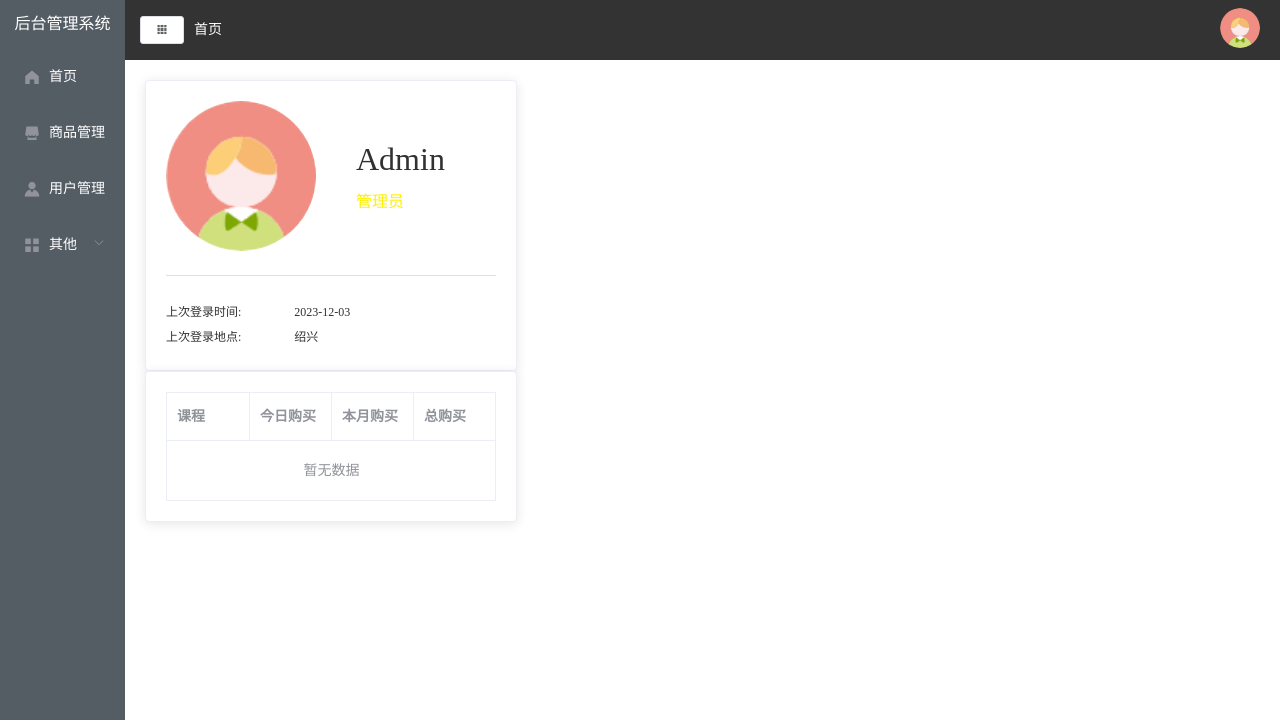
Repository: tkqi/manage
Page: /
The author's editor kept a copy of each file at every save. The page is drawn from the files as they stood at one save, then again after the next save.
The browser window is 1280 px wide. The pictures show the whole page.
The project was rebuilt for these pictures with package versions that can differ from the ones it lists, and the page was loaded fresh each time. Also part of the build but not shown: vue.config.js.

Above is the page before, as saved 2023-12-03 16:29:26.

### src/main.js
import Vue from 'vue'
import App from './App.vue'
import router from './router'
import store from './store'
import ElementUI from 'element-ui';
import 'element-ui/lib/theme-chalk/index.css';

Vue.config.productionTip = false
Vue.use(ElementUI);

new Vue({
  router,
  store,
  render: h => h(App)
}).$mount('#app')

### src/App.vue
<template>
  <div id="app">
    <!-- 路由出口 -->
    <router-view />
  </div>
</template>

<script>
export default {
  name: 'App'
}
</script>

<style lang="less">
html,
body,
h3,
p {
  margin: 0;
  padding: 0;
}
</style>

### src/router/index.js
import Vue from 'vue'
import VueRouter from 'vue-router'
import routes from './routes'
Vue.use(VueRouter)


const router = new VueRouter({
  routes: routes
})

// 暴露router实例
export default router

### src/store/index.js
import Vue from 'vue'
import Vuex from 'vuex'
import tab from './tab.js'

Vue.use(Vuex)

const store = new Vuex.Store({
  state: {

  },
  getters: {
  },
  mutations: {
  },
  actions: {
  },
  modules: {
    tab
  }
})

export default store;

### src/router/routes.js
export default [
    // 主路由
    {
        path: '/',
        component: () => import('../views/Main.vue'),
        redirect: '/home',// 重定向
        // 子路由
        children: [
            {
                // 首页
                path: '/home',
                // 路由组件懒加载
                component: () => import('../views/Home.vue')
            },
            {
                // 用户管理
                path: '/user',
                component: () => import('../views/User.vue')
            },
            {
                // 商品管理
                path: '/mall',
                component: () => import('../views/Mall.vue')
            },
            {
                // 其他/页面1
                path: '/page1',
                component: () => import('../views/Page1.vue')
            },
            {
                // 其他/页面2
                path: '/page2',
                component: () => import('../views/Page2.vue')
            },
        ]
    },
    {
        path: '/home',
        // 路由组件懒加载
        component: () => import('../views/Home.vue')
    },
    {
        path: '/user',
        component: () => import('../views/User.vue')
    }
]

### src/store/tab.js
// 菜单相关数据
export default {
    state: {
        isCollapse: false
    },
    getters: {
        getisCollapse: (state) => state.isCollapse
    },
    mutations: {
        EDITIsCollapse(state){
            state.isCollapse = !state.isCollapse;
        }
    }
}

### src/views/Main.vue
<!-- eslint-disable vue/multi-word-component-names -->
<template>
    <div>
        <el-container>
            <el-aside width="auto">
                <sidebar />
            </el-aside>
            <el-container>
                <el-header>
                    <topbar />
                </el-header>
                <el-main>
                    <transition>
                        <router-view />
                    </transition>
                </el-main>
            </el-container>
        </el-container>
    </div>
</template>

<script>
import sidebar from '../components/sidebar.vue'
import topbar from '../components/topbar.vue';
export default {
    components: {
        sidebar,
        topbar
    }
}
</script>

<style lang="less" scoped>
.el-header {
    padding: 0;
    margin: 0;
}
</style>

### src/views/Home.vue
<!-- eslint-disable vue/multi-word-component-names -->
<template>
    <el-row>
        <el-col :span="8">
            <div>
                <el-card class="box-card">
                    <div class="user">
                        <img class="img" src="../assets/img/user-default.png" alt="">
                        <div class="user-info">
                            <P class="name">Admin</P>
                            <p class="access">管理员</p>
                        </div>
                    </div>
                    <el-divider></el-divider>
                    <div class="login-info">
                        <p>上次登录时间: <span>2023-12-03</span></p>
                        <p>上次登录地点: <span>绍兴</span></p>
                    </div>
                </el-card>
                <el-card>
                    <el-table :data="tableData" border style="width: 100%">
                        <el-table-column prop="course" label="课程" min-width="30" :width="auto">
                        </el-table-column>
                        <el-table-column prop="buytoday" label="今日购买" min-width="30" :width="auto">
                        </el-table-column>
                        <el-table-column prop="buythemonth" label="本月购买" min-width="30" :width="auto">
                        </el-table-column>
                        <el-table-column prop="buyall" label="总购买" min-width="30" :width="auto">
                        </el-table-column>
                    </el-table>
                </el-card>
            </div>
        </el-col>
        <el-col :span="16">
            <div class="grid-content bg-purple-light"></div>
        </el-col>
    </el-row>
</template>

<script>
export default {
    data() {
        return {

        }
    }
}
</script>
<style lang="less" scoped>
.user {
    display: flex;
    align-items: center;
    padding-right: 0px;

    .user-info {
        .name {
            font-size: 32px;
            margin-bottom: 10px;
        }

        .access {
            color: #fff000;
        }
    }

    img {
        height: 150px;
        width: 150px;
        border-radius: 50%;
        margin-right: 40px;
    }
}

.login-info {
    line-height: 25px;

    p {
        font-size: 12px;

        span {
            font-size: 12px;
            margin-left: 50px;
        }
    }
}
</style>

### src/components/sidebar.vue
<!-- eslint-disable vue/multi-word-component-names -->
<template>
    <el-menu class="menu" @open="handleOpen" @close="handleClose" :collapse="isCollapse" background-color="#545c64"
        text-color="#fff" active-text-color="#ffd04b">
        <h3>{{ !isCollapse?'后台管理系统':'后台' }}</h3>
        <el-menu-item v-for="item in noChildren" :key="item.name" :index="item.name" @click="clickMenu(item)">
            <i :class="`el-icon-${item.icon}`"></i>
            <span slot="title">{{ item.label }}</span>
        </el-menu-item>
        <el-submenu v-for="item in hasChildren" :key="item.label" :index="item.label">
            <template slot="title">
                <i :class="`el-icon-${item.icon}`"></i>
                <span slot="title">{{ item.label }}</span>
            </template>
            <el-menu-item-group v-for="subitem in item.children" :key="subitem.name">
                <el-menu-item :index="subitem.name" @click="clickSubmenu(subitem)">
                    <!-- <template slot="title"> -->
                    <i :class="`el-icon-${subitem.icon}`"></i>
                    <span slot="title">{{ subitem.name }}</span>
                    <!-- </template> -->
                </el-menu-item>
            </el-menu-item-group>
        </el-submenu>
    </el-menu>
</template>

<script>
export default {
    computed: {
        // 无子菜单
        noChildren() {
            return this.menuData.filter(o => !o.children);
        },
        // 有子菜单
        hasChildren() {
            return this.menuData.filter(o => o.children);
        },
        isCollapse() {
           return this.$store.state.tab.isCollapse;
        }
    },
    data() {
        return {
            // 使用store实时改变属性需要定义到computed
            // isCollapse: this.$store.getters('getisCollapse'),
            menuData: [
                {
                    path: '/',
                    name: 'home',
                    label: "首页",
                    icon: 's-home',
                    url: 'Home/Home'
                },
                {
                    path: '/mall',
                    name: 'mall',
                    label: "商品管理",
                    icon: 's-shop',
                    url: 'MallManage/MallManage'
                },
                {
                    path: '/user',
                    name: 'user',
                    label: "用户管理",
                    icon: 's-custom',
                    url: 'UserManage/UserManage'
                },
                {
                    label: '其他',
                    icon: 'menu',
                    children: [
                        {
                            path: '/page1',
                            name: 'page1',
                            label: "页面1",
                            icon: 's-claim',
                            url: 'Other/PageOne'
                        },
                        {
                            path: '/page2',
                            name: 'page2',
                            label: "页面2",
                            icon: 's-claim',
                            url: 'Other/PageTwo'
                        },
                    ]
                }
            ]
        };
    },
    methods: {
        handleOpen(key, keyPath) {
            console.log(key, keyPath);
        },
        handleClose(key, keyPath) {
            console.log(key, keyPath);
        },
        clickMenu(item) {
            console.log(this.$router.currentRoute.path);
            // 判断当前路由于点击链接的路由不一致才跳转
            if (item.path != this.$route.path && !(this.$route.path == '/home' && item.path == '/'))
                this.$router.push(item.path);
        },
        clickSubmenu(subitem) {
            // 判断当前路由于点击链接的路由不一致才跳转
            if (subitem.path != this.$route.path)
                this.$router.push(subitem.path);
        }
    }
}
</script>

<style lang="less" scoped>
.el-menu-vertical-demo:not(.el-menu--collapse) {
    width: 200px;
    min-height: 400px;
}

.menu {
    height: 100vh;
    border-right:0;
    h3 {
        color: rgb(255, 255, 255);
        text-align: center;
        line-height: 48px;
        font-size: 16px;
        font-weight: 400;
    }
}
</style>

### src/components/topbar.vue
<!-- eslint-disable vue/multi-word-component-names -->
<template>
    <div class="head-container">
        <div class="l-content">
            <el-button icon="el-icon-s-grid" size="mini" @click="changeCollapse()"/>
            <!-- 面包屑 -->
            <span class="text">首页</span>
        </div>
        <div class="r-content">
            <el-dropdown>
                <span class="el-dropdown-link">
                    <img class="img" src="../assets/img/user-default.png" alt="">
                </span>
                <el-dropdown-menu slot="dropdown">
                    <el-dropdown-item>个人中心</el-dropdown-item>
                    <el-dropdown-item>退出</el-dropdown-item>
                </el-dropdown-menu>
            </el-dropdown>
        </div>
    </div>
</template>

<script>
export default {
    data(){
        return{

        }
    },
    methods:{
        changeCollapse(){
            console.log(1);
            this.$store.commit('EDITIsCollapse');
        }
    }
}
</script>

<style lang="less" scoped>
.head-container {
    background-color: #333;
    height: 60px;
    display: flex;
    justify-content: space-between;
    align-items: center;
    padding-left: 15px;
    padding-right: 20px;
}

// .l-content {
//     padding-left: 15px;
// }

// .r-content {}

.text {
    color: white;
    font-size: 14px;
    padding-left: 10px;
}

.img{
    height: 40px;
    width: 40px;
    border-radius: 50%;
}
</style>

Loaded but not shown: public/index.html (common file)

After the next save:
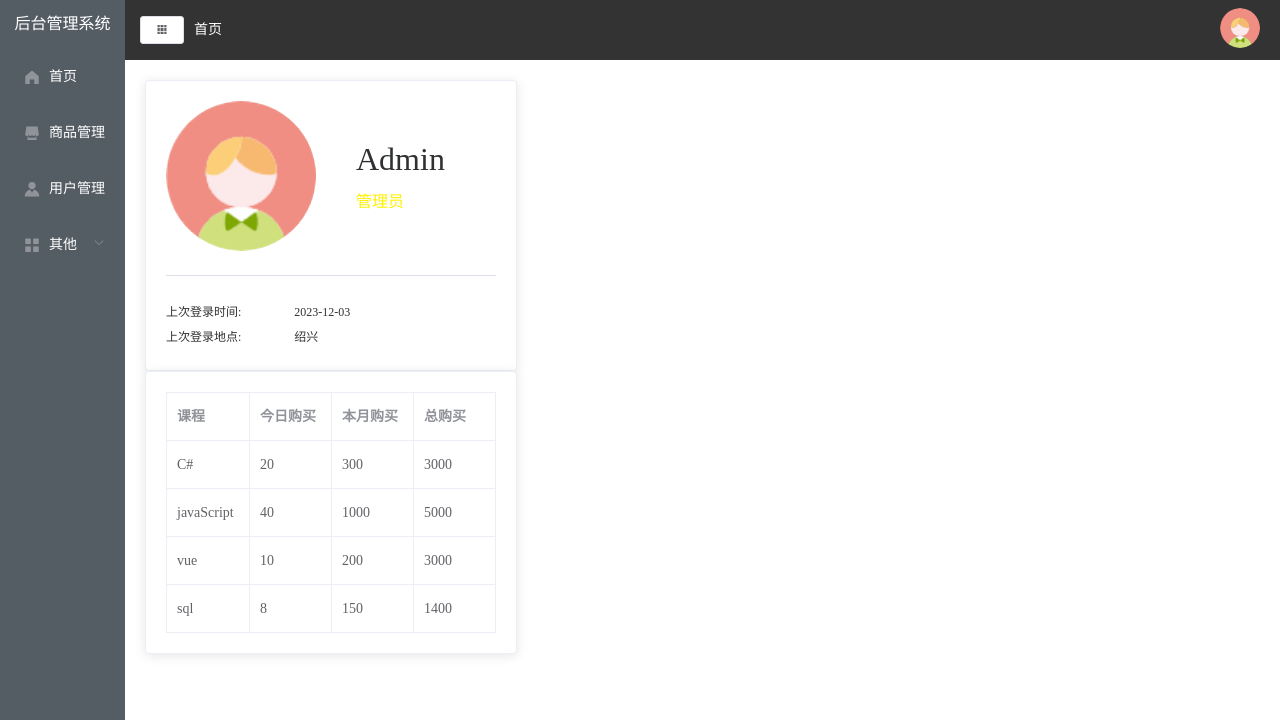
Saved 2 min 0 s later.
--- a/src/views/Home.vue
+++ b/src/views/Home.vue
@@ -41,7 +41,32 @@
 export default {
     data() {
         return {
-
+            tableData: [
+                {
+                    course: 'C#',
+                    buytoday: 20,
+                    buythemonth: 300,
+                    buyall: 3000
+                },
+                {
+                    course: 'javaScript',
+                    buytoday: 40,
+                    buythemonth: 1000,
+                    buyall: 5000
+                },
+                {
+                    course: 'vue',
+                    buytoday: 10,
+                    buythemonth: 200,
+                    buyall: 3000
+                },
+                {
+                    course: 'sql',
+                    buytoday: 8,
+                    buythemonth: 150,
+                    buyall: 1400
+                }
+            ]
         }
     }
 }
